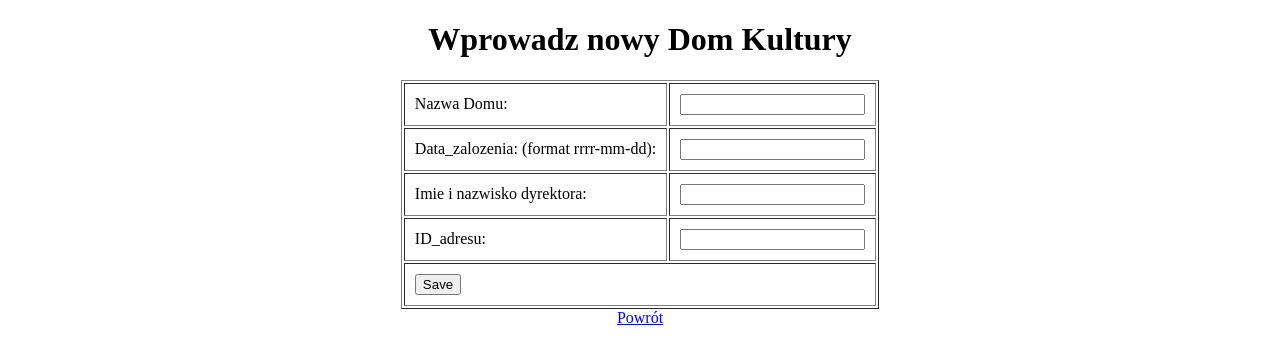
Repository: marcinRuta/houseOfCulture-crud-webapp-database
Page: http://localhost/new_adresy
The author's editor kept a copy of each file at every save. The page is drawn from the files as they stood at one save, then again after the next save.
The browser window is 1280 px wide. The pictures show the whole page.
The page is this project's Thymeleaf template; nobody is signed in. The template is opened directly, without the code that normally fills it, so the values that code supplies are empty.

Above is the page before, as saved 2020-12-29 22:01:57.

After the next save:
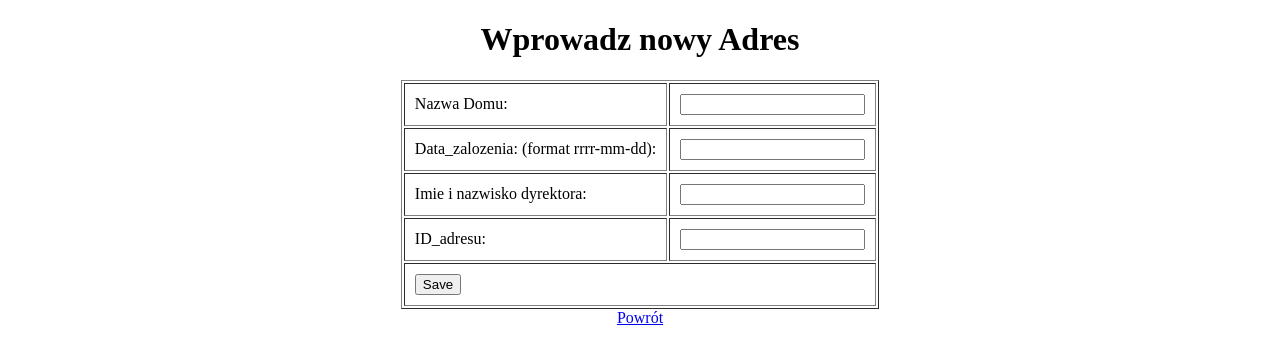
Saved 32 s later.
--- a/DomKultury/src/main/resources/templates/new_adresy.html
+++ b/DomKultury/src/main/resources/templates/new_adresy.html
@@ -9,7 +9,7 @@
 
 	<div align="center">
 		<!--  Page header  -->
-		<h1>Wprowadz nowy Dom Kultury</h1>
+		<h1>Wprowadz nowy Adres</h1>
 
 		<form action="#" th:action="@{/saveA}" th:object="${NowyAdres}"
 			method="post">
